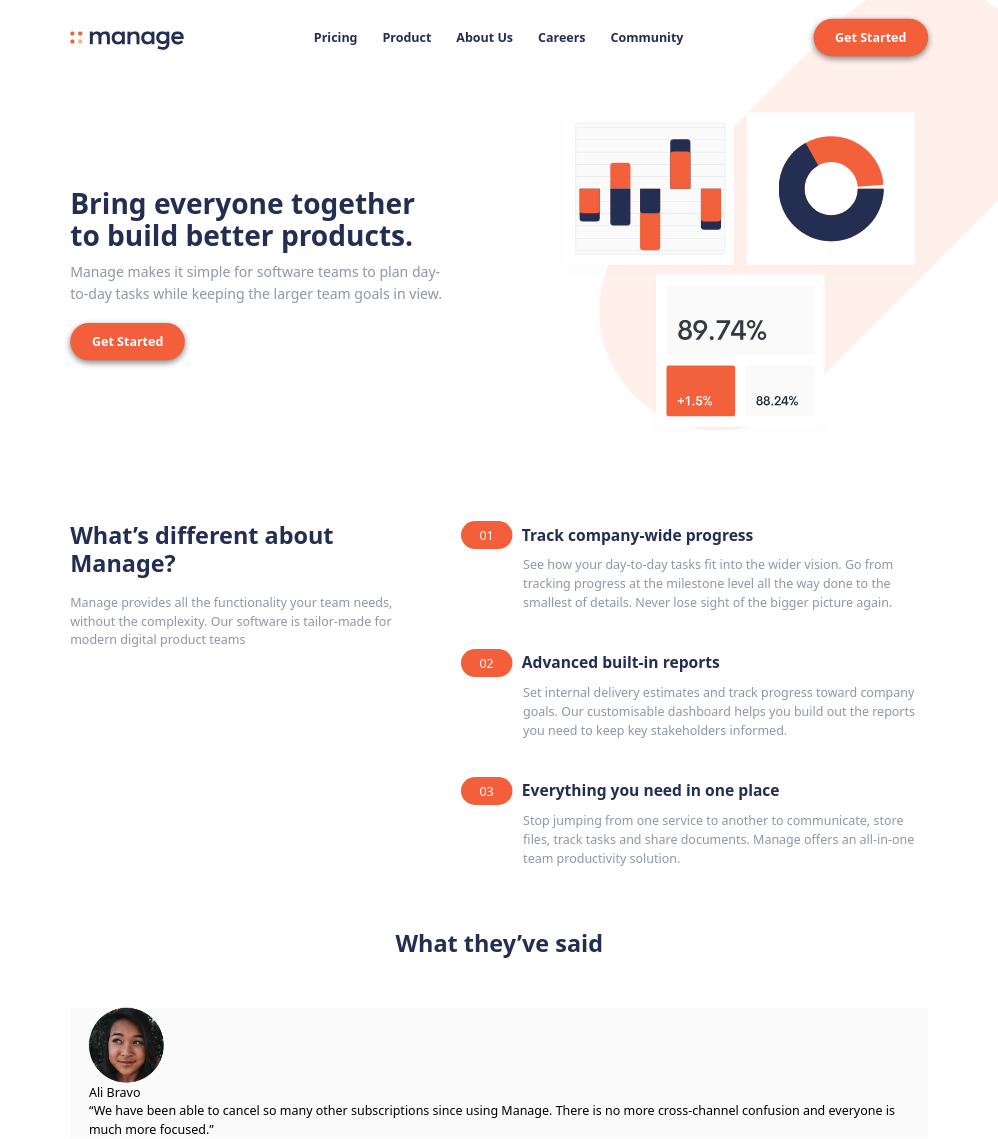
Repository: aqib-01/manage-landing-page
Page: /
These files come from the project's save history. The page is drawn as it stood at one moment and after the next save; the edit follows.
The browser window is 1280 px wide. The pictures show the whole page, at 78% of full size.
The project was rebuilt for these pictures with package versions that can differ from the ones it lists, and the page was loaded fresh each time.

Above is the page before, as saved 2022-05-12 21:21:43.

### public/index.html
<!DOCTYPE html>
<html lang="en">
  <head>
    <meta charset="utf-8" />
    <link rel="icon" href="%PUBLIC_URL%/favicon.ico" />
    <meta name="viewport" content="width=device-width, initial-scale=1" />
    <meta name="theme-color" content="#000000" />
    <meta name="description" content="Manage Landing Page" />
    <link rel="apple-touch-icon" href="%PUBLIC_URL%/logo192.png" />

    <link rel="manifest" href="%PUBLIC_URL%/manifest.json" />

    <title>Manage Landing Page</title>
  </head>
  <body>
    <noscript>You need to enable JavaScript to run this app.</noscript>
    <div id="root"></div>
  </body>
</html>

### src/index.js
import React from "react";
import ReactDOM from "react-dom";
import "./css/tailwind.css";
import "./css/style.css";
import App from "./App";

ReactDOM.render(
  <React.StrictMode>
    <App />
  </React.StrictMode>,
  document.getElementById("root")
);

### src/css/style.css
.wrapper {
  width: 90%;
  max-width: 1100px;
  @apply mx-auto;
}

img {
  max-width: 100%;
}

html,
body {
  overflow-x: hidden;
}

body {
  position: relative;
}

.nav-intro-sect {
  background-image: url(../../public/images/bg-tablet-pattern.svg);
  background-repeat: no-repeat;
  background-size: contain;
  background-position: top -70px right -80px;
}

@media (min-width: 768px) {
  .nav-intro-sect {
    background-position: top -20px right -60px;
  }
}

nav {
  @apply bg-white absolute top-full  rounded-md text-lg
  font-bold left-0 right-0 mx-5 xs:mx-7 sm:mx-16 md:m-0 overflow-hidden
   text-dark-blue h-0 md:relative md:inset-auto md:overflow-visible
   md:bg-transparent md:text-base  z-30;
}

nav ul {
  @apply py-10 px-8 flex flex-col items-center gap-5 md:gap-8 md:flex-row md:p-0;
}

nav li a {
  @apply hover:opacity-50;
}

.get-start-btn {
  @apply font-bold  bg-bright-red px-7 py-3 rounded-full
  text-white hover:opacity-70;
  -webkit-box-shadow: 0 3px 8px rgba(0, 0, 0, 0.493);
          box-shadow: 0 3px 8px rgba(0, 0, 0, 0.493);
}

.get-start-btn-white {
  @apply font-bold  bg-white px-7 py-3 rounded-full
  text-bright-red hover:bg-very-pale-red;
}

.what-diff-head {
  position: relative;
  @apply flex items-stretch;
}

.what-diff-head::before {
  content: "";
  position: absolute;
  inset: 0;
  @apply bg-very-pale-red -z-10 rounded-full -right-full md:content-none;
}

.what-diff-head span {
  @apply bg-bright-red text-white px-6 rounded-full py-1.5 mr-3
    flex items-center;
}

.what-diff-head h4 {
  @apply font-semibold text-dark-blue flex items-center sm:text-lg md:text-xl;
}

.what-diff-desc {
  @apply text-dark-grayish-blue mt-5 md:mt-2 md:ml-20 text-sm sm:text-base;
}

.swiper-wrapper {
  -webkit-box-align: stretch !important;
      -ms-flex-align: stretch !important;
          align-items: stretch !important;
}

.swiper-wrapper .swiper-slide {
  height: auto;
}

.swiper-pagination-bullet {
  width: 10px !important;
  background-color: transparent !important;
  height: 10px !important;
  border: 2px solid #f25f3a !important;
}

.swiper-pagination-bullet-active {
  background-color: #f25f3a !important;
}

.simplify-sect {
  @apply bg-bright-red py-20;
  background-image: url(../../public/images/bg-simplify-section-mobile.svg);
  background-repeat: no-repeat;
}

@media (min-width: 768px) {
  .simplify-sect {
    background-image: url(../../public/images/bg-simplify-section-desktop.svg);
  }
}

.simplify-sect h2 {
  @apply text-4xl text-white font-semibold text-center
     md:text-left;
}

.simplify-sect button {
  @apply block mt-10 mx-auto md:m-0;
}

.footer-nav {
  @apply flex flex-col gap-3;
}

.footer-nav li a {
  @apply text-very-light-gray font-semibold hover:underline hover:opacity-50;
}

.social-links li button {
  @apply hover:opacity-50;
}

.social-links li button img {
  width: 25px;
}
/*# sourceMappingURL=style.css.map */

### src/App.js
import React from "react";
import Intro from "./components/Intro";
import Nav from "./components/Nav";
import Testimonials from "./components/Testimonials";
import WhatDifferent from "./components/WhatDifferent";

const App = () => {
  return (
    <>
      <div className="nav-intro-sect">
        <Nav />

        <Intro />
      </div>

      <WhatDifferent />
      <Testimonials />
    </>
  );
};

export default App;

### src/components/Intro.js
import React from "react";

const Intro = () => {
  return (
    <section className="mt-10">
      <div className="wrapper">
        <div className="md:flex md:items-center gap-6">
          <div className="md:order-2 flex-1">
            <img
              className="block mx-auto"
              src="images/illustration-intro.svg"
              alt=""
            />
          </div>
          <div className="mt-5 text-center md:text-left  flex-1 lg:mr-28 ">
            <h1 className="text-dark-blue font-bold  text-4xl">
              Bring everyone together to build better products.
            </h1>
            <p className="mt-3 text-lg text-dark-grayish-blue ">
              Manage makes it simple for software teams to plan day-to-day tasks
              while keeping the larger team goals in view.
            </p>
            <button className="get-start-btn  mx-auto my-6 block md:mx-0">
              Get Started
            </button>
          </div>
        </div>
      </div>
    </section>
  );
};

export default Intro;

### src/components/Nav.js
import React, { useEffect, useState, useLayoutEffect } from "react";
import gsap from "gsap";
import { ScrollTrigger } from "gsap/ScrollTrigger";
gsap.registerPlugin(ScrollTrigger);
const Nav = () => {
  const [isNavOpen, setIsNavOpen] = useState(false);
  const toggleNav = () => {
    setIsNavOpen(!isNavOpen);
  };
  useEffect(() => {
    let navShowEl = document.querySelector(".nav-show");
    let navHideEl = document.querySelector(".nav-hide");
    if (isNavOpen) {
      document.documentElement.classList.add("overflow-hidden");
    } else if (!isNavOpen) {
      document.documentElement.classList.remove("overflow-hidden");
    }
    if (navShowEl) {
      gsap.to(navShowEl, {
        height: "auto",
        ease: "power",
      });
    }
    if (navHideEl) {
      gsap.to(navHideEl, {
        height: 0,
        duration: 0.2,
      });
    }
  }, [isNavOpen]);
  useEffect(() => {
    window.addEventListener(
      "resize",
      () => {
        if (window.innerWidth >= 768) {
          setIsNavOpen(false);
        }
      },
      []
    );
  });
  return (
    <>
      {isNavOpen && (
        <div className=" bg-black fixed inset-0 bg-opacity-10"></div>
      )}



      <header className=" ">
        <div className="wrapper py-8 relative md:py-6">
          <div className="flex items-center justify-between gap-10">
            <div className="logo-main relative z-20 mt-2">
              <img src="images/logo.svg" alt="Main Logo" />
            </div>
            <button
              className="ham-btn relative z-20 md:hidden"
              onClick={toggleNav}
            >
              <img
                src={
                  isNavOpen
                    ? "images/icon-close.svg"
                    : "images/icon-hamburger.svg"
                }
                alt="Hamburger Icon"
              />
            </button>
            <nav
              className={`${isNavOpen ? "nav-show" : "nav-hide"} md:!h-auto`}
            >
              <ul>
                <li>
                  <a href="#">Pricing</a>
                </li>
                <li>
                  <a href="#">Product</a>
                </li>
                <li>
                  <a href="#">About Us</a>
                </li>
                <li>
                  <a href="#">Careers</a>
                </li>
                <li>
                  <a href="#">Community</a>
                </li>
              </ul>
            </nav>
            <button className="get-start-btn hidden  lg:block">
              Get Started
            </button>
          </div>
        </div>
      </header>
    </>
  );
};

export default Nav;

### src/components/Testimonials.js
import React from "react";

const Testimonials = () => {
  return (
    <section className="mt-20">
      <div className="wrapper">
        <h2 className="text-3xl mb-16 text-center text-dark-blue font-semibold">
          What they’ve said{" "}
        </h2>
        <div>
          <div className="bg-very-light-gray px-6 p">
            <img className="w-24" src="images/avatar-ali.png" alt="" />
            <div>
              <h5>Ali Bravo</h5>
              <p>
                “We have been able to cancel so many other subscriptions since
                using Manage. There is no more cross-channel confusion and
                everyone is much more focused.”
              </p>
            </div>
          </div>
        </div>
      </div>
    </section>
  );
};

export default Testimonials;

### src/components/WhatDifferent.js
import React from "react";

const WhatDifferent = () => {
  return (
    <section className="mt-24">
      <div className="wrapper">
        <div className="md:flex gap-10 lg:gap-20">
          <div className="text-center mb-16 md:text-left">
            <h2 className="text-3xl text-dark-blue font-bold">
              What’s different about Manage?
            </h2>
            <p className="text-dark-grayish-blue mt-5">
              Manage provides all the functionality your team needs, without the
              complexity. Our software is tailor-made for modern digital product
              teams
            </p>
          </div>
          <div>
            <div>
              <div className="what-diff-head ">
                <span className="">01</span>
                <h4 className="">Track company-wide progress</h4>
              </div>
              <p className="what-diff-desc">
                See how your day-to-day tasks fit into the wider vision. Go from
                tracking progress at the milestone level all the way done to the
                smallest of details. Never lose sight of the bigger picture
                again.
              </p>
            </div>
            <div className="mt-12">
              <div className="what-diff-head ">
                <span className="">02</span>
                <h4 className="">Advanced built-in reports</h4>
              </div>
              <p className="what-diff-desc">
                Set internal delivery estimates and track progress toward
                company goals. Our customisable dashboard helps you build out
                the reports you need to keep key stakeholders informed.
              </p>
            </div>
            <div className="mt-12">
              <div className="what-diff-head ">
                <span className="">03</span>
                <h4 className="">Everything you need in one place</h4>
              </div>
              <p className="what-diff-desc">
                Stop jumping from one service to another to communicate, store
                files, track tasks and share documents. Manage offers an
                all-in-one team productivity solution.
              </p>
            </div>
          </div>
        </div>
      </div>
    </section>
  );
};

export default WhatDifferent;

### tailwind.config.js
module.exports = {
  content: ["./src/**/*.{js,jsx,ts,tsx}"],
  theme: {
    screens: {
      xs: "380px",
      sm: "640px",

      md: "768px",

      lg: "1024px",

      xl: "1280px",

      "2xl": "1536px",
    },
    extend: {
      colors: {
        "bright-red": "hsl(12, 88%, 59%)",
        "dark-blue": "hsl(228, 39%, 23%)",
        "dark-grayish-blue": "hsl(227, 12%, 61%)",
        "very-dark-blue": "hsl(233, 12%, 13%)",
        "very-pale-red": "hsl(13, 100%, 96%)",
        "very-light-gray": "hsl(0, 0%, 98%)",
      },
    },
  },
  plugins: [],
};

Loaded but not shown: src/css/tailwind.css (common file)

After the next save:
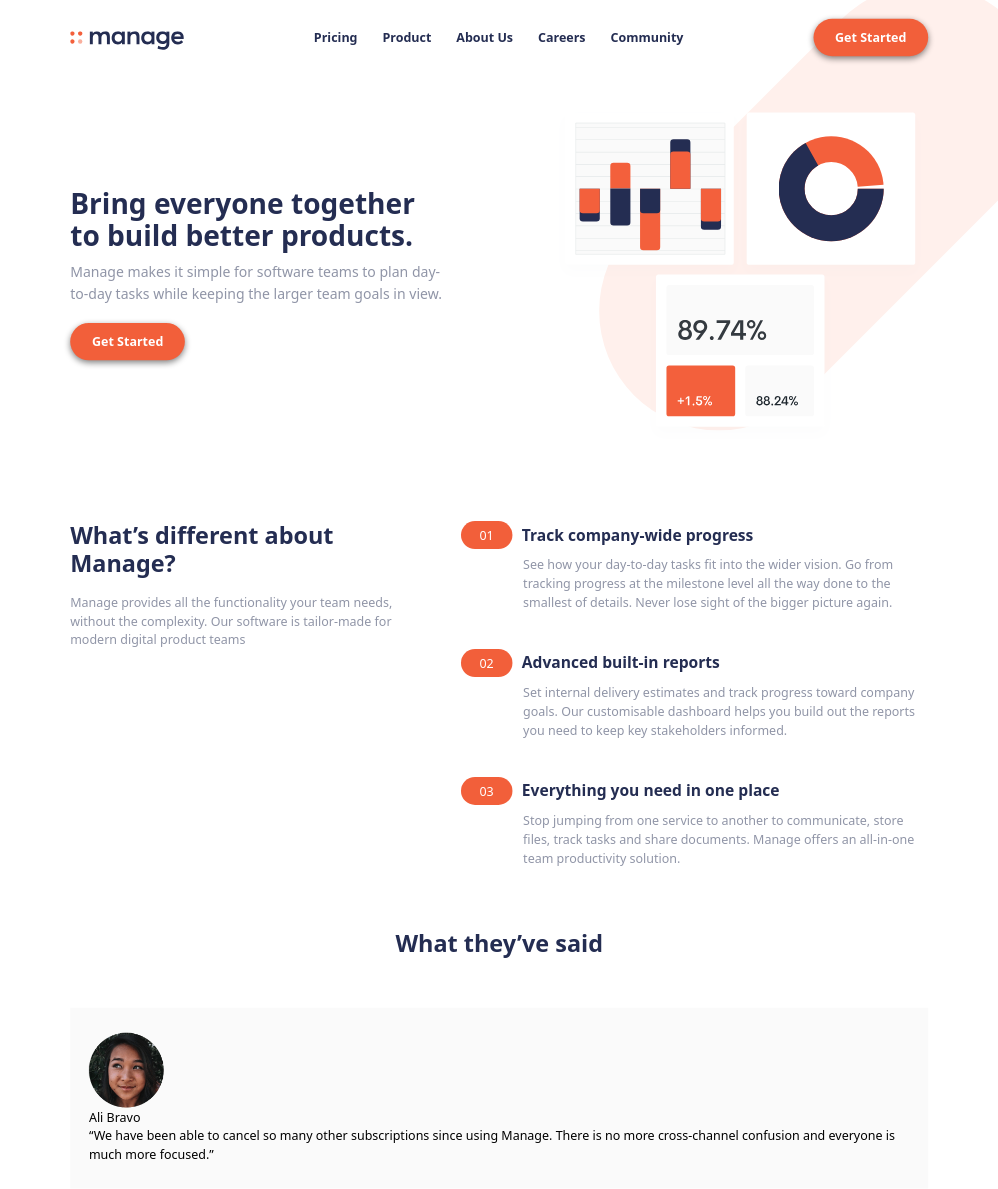
Saved 2 s later.
--- a/src/components/Testimonials.js
+++ b/src/components/Testimonials.js
@@ -8,7 +8,7 @@ const Testimonials = () => {
           What they’ve said{" "}
         </h2>
         <div>
-          <div className="bg-very-light-gray px-6 p">
+          <div className="bg-very-light-gray px-6 py-8">
             <img className="w-24" src="images/avatar-ali.png" alt="" />
             <div>
               <h5>Ali Bravo</h5>
